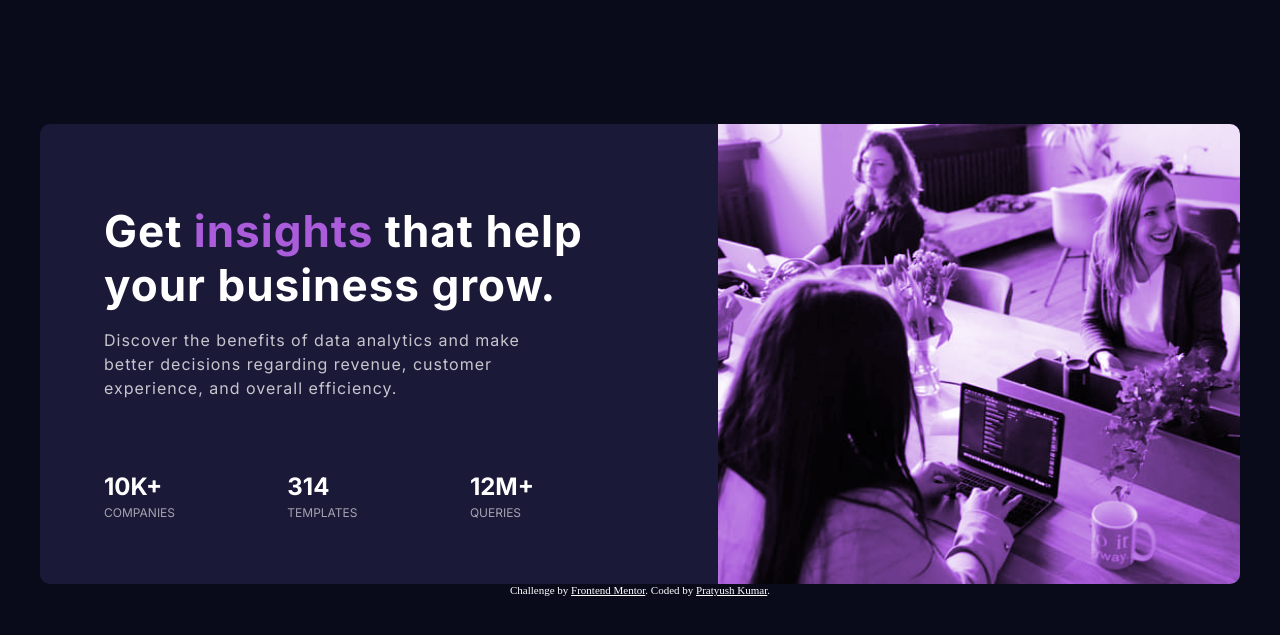
Repository: PratypartyY2K/frontendmentor-challenges
Page: stats-preview-card-component-main/index.html
These files come from the project's save history. The page is drawn as it stood at one moment and after the next save; the edit follows.
The browser window is 1280 px wide. The pictures show the whole page.

Above is the page before, as saved 2021-07-14 01:13:47.

### stats-preview-card-component-main/index.html
<!DOCTYPE html>
<html lang="en">

<head>
  <meta charset="UTF-8">
  <meta name="viewport" content="width=device-width, initial-scale=1.0">
  <!-- displays site properly based on user's device -->

  <link rel="icon" type="image/png" sizes="32x32" href="./images/favicon-32x32.png">
    <!--font families-->
    <link rel="preconnect" href="https://fonts.googleapis.com">
    <link rel="preconnect" href="https://fonts.gstatic.com" crossorigin>
    <link href="https://fonts.googleapis.com/css2?family=Inter:wght@400;700&display=swap" rel="stylesheet">
    <link href="https://fonts.googleapis.com/css2?family=Inter:wght@400;700&family=Lexend+Deca&display=swap"
      rel="stylesheet">
  <link rel="stylesheet" href="style.css">



  <title>Frontend Mentor | Stats preview card component</title>

</head>

<body>
  <div class="card-wrapper">
    <div class="card">
      <div class="heading">
        Get <span class="active">insights</span> that help your business grow.
      </div>
      <div class="card-content">
        Discover the benefits of data analytics and make better decisions regarding revenue, customer
        experience, and overall efficiency.
      </div>
      <div class="stats">
        <div>
          <h3>10k+</h3>
          companies
        </div>
        <div>
          <h3>314</h3>
          templates
        </div>
        <div>
          <h3>12m+</h3>
          queries
        </div>
      </div>
    </div>
    <div class="img-container">
      <div class="overlay"></div>
    </div>
  </div>




  <div class="attribution">
    Challenge by <a href="https://www.frontendmentor.io?ref=challenge" target="_blank">Frontend Mentor</a>.
    Coded by <a href="#">Pratyush Kumar</a>.
  </div>
</body>
</html>

### stats-preview-card-component-main/style.css
* {
    box-sizing: border-box;
}

body {
    background-color: hsl(233, 47%, 7%);
    margin: 0;
    display: flex;
    flex-direction: column;
    justify-content: center;
    align-items: center;
    min-height: 100vh;
}

.card-wrapper {
    background-color: hsl(244, 38%, 16%);
    display: flex;
    justify-content: center;
    width: 1200px;
    border-radius: 10px;
    overflow: hidden;
}

.card {
    padding: 4rem 6.5rem 4rem 4rem;
}

.heading {
    font-family: 'Inter', sans-serif;
    font-size: 2.75rem;
    color: hsl(0, 0%, 100%);
    padding: 1rem 0;
    font-weight: 700;
    letter-spacing: 1px;
}

.heading .active {
    color: hsl(277, 64%, 61%);
}

.card-content {
    color: hsla(0, 0%, 100%, 0.75);
    font-family: 'Inter', sans-serif;
    font-size: 1rem;
    line-height: 1.5rem;
    padding-right: 4rem;
    letter-spacing: 1px;
}

.stats {
    display: flex;
    justify-content: space-between;
    padding-top: 4.5rem;
    padding-right: 5rem;
}

.stats > div {
    display: flex;
    flex-direction: column;
    align-items: baseline;
}

.stats > div {
    color: hsla(0, 0%, 100%, 0.6);
    text-transform: uppercase;
    font-family: 'Inter', sans-serif;
    font-size: 0.75rem;
}

h3 {
    margin: 0;
    color: white;
    font-weight: 700;
    font-size: 1.5rem;
    margin-bottom: 0.25rem;
}

.img-container {
    background-image: url(images/image-header-desktop.jpg);
    width: 100%;
    background-repeat: no-repeat;
    background-size: cover;
}

.overlay {
    background-color: hsl(277, 64%, 61%);
    height: 100%;
    mix-blend-mode:overlay;
}

.attribution { font-size: 11px; text-align: center; color: white; }
.attribution a { color: hsl(228, 45%, 44%); color: white;}

After the next save:
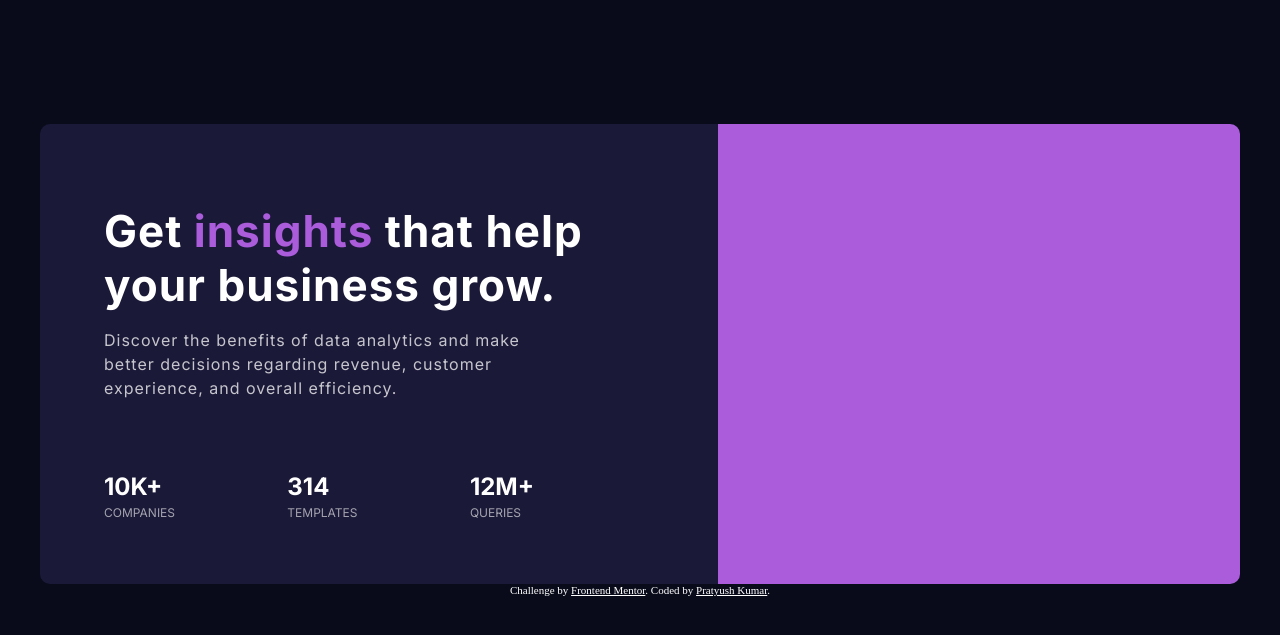
Saved 19 s later.
--- a/stats-preview-card-component-main/style.css
+++ b/stats-preview-card-component-main/style.css
@@ -85,7 +85,7 @@ h3 {
 .overlay {
     background-color: hsl(277, 64%, 61%);
     height: 100%;
-    mix-blend-mode:overlay;
+    mix-blend-mode:normal;
 }
 
 .attribution { font-size: 11px; text-align: center; color: white; }
